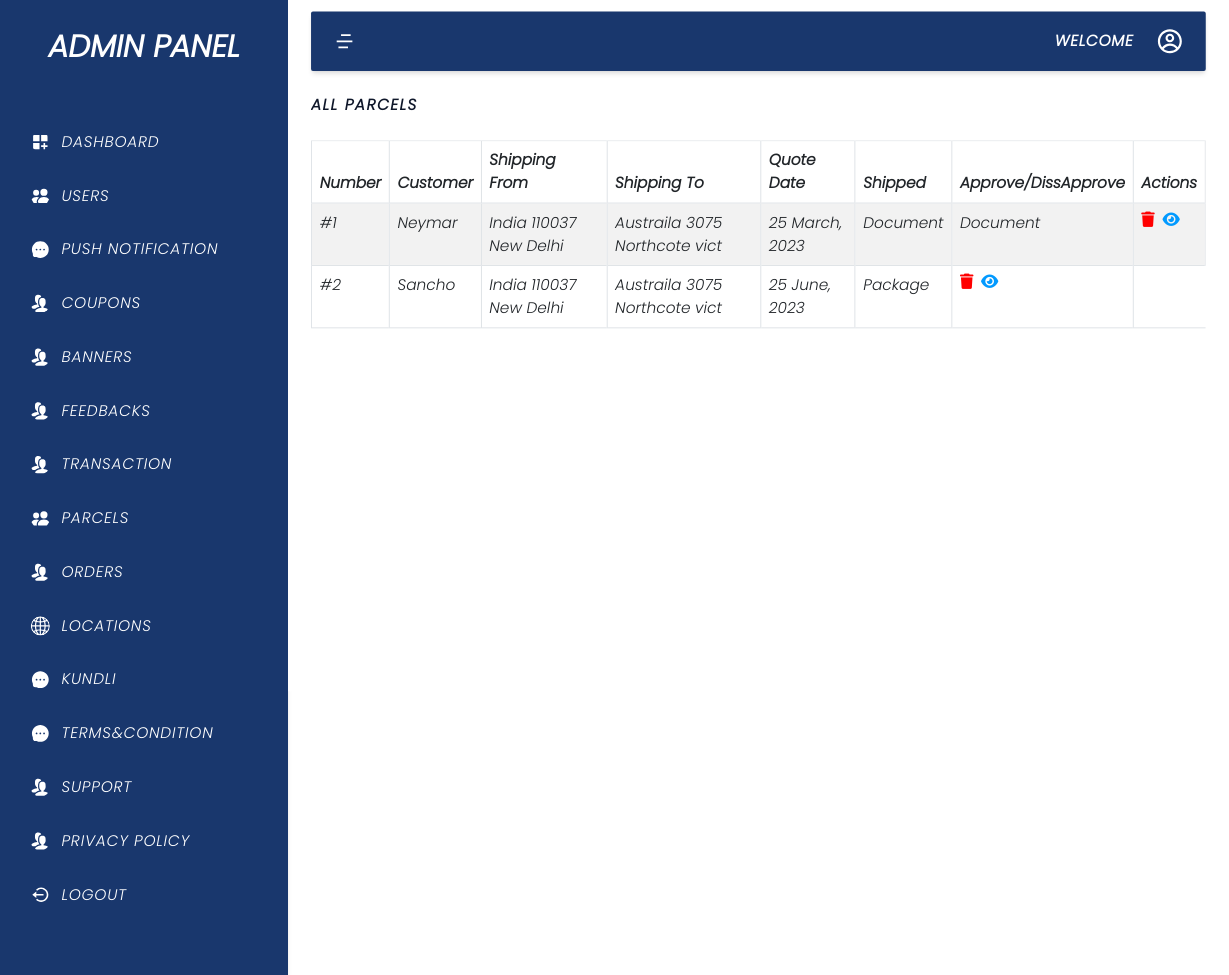
Repository: FlyweisReact/sarita
Page: /astro
These files come from the project's save history. The page is drawn as it stood at one moment and after a run of saves; the edit follows.
The browser window is 1280 px wide. The pictures show the whole page, at 96% of full size.
Some web libraries are served in a nearby version. The project was rebuilt for these pictures with package versions that can differ from the ones it lists, and the page was loaded fresh each time. Also part of the build but not shown: src/vendorPanel/forms/VendorLogin.jsx, src/vendorPanel/pages/AdminDiscount.js, src/vendorPanel/pages/AdminReview.js, src/vendorPanel/pages/Banners.js, src/vendorPanel/pages/Booking.js, src/vendorPanel/pages/Horoscope.js, src/vendorPanel/pages/Kundli.js, src/vendorPanel/pages/Message.js and 8 more.

Above is the page before, as saved 2023-04-19 13:03:26.

After the next 2 saves:
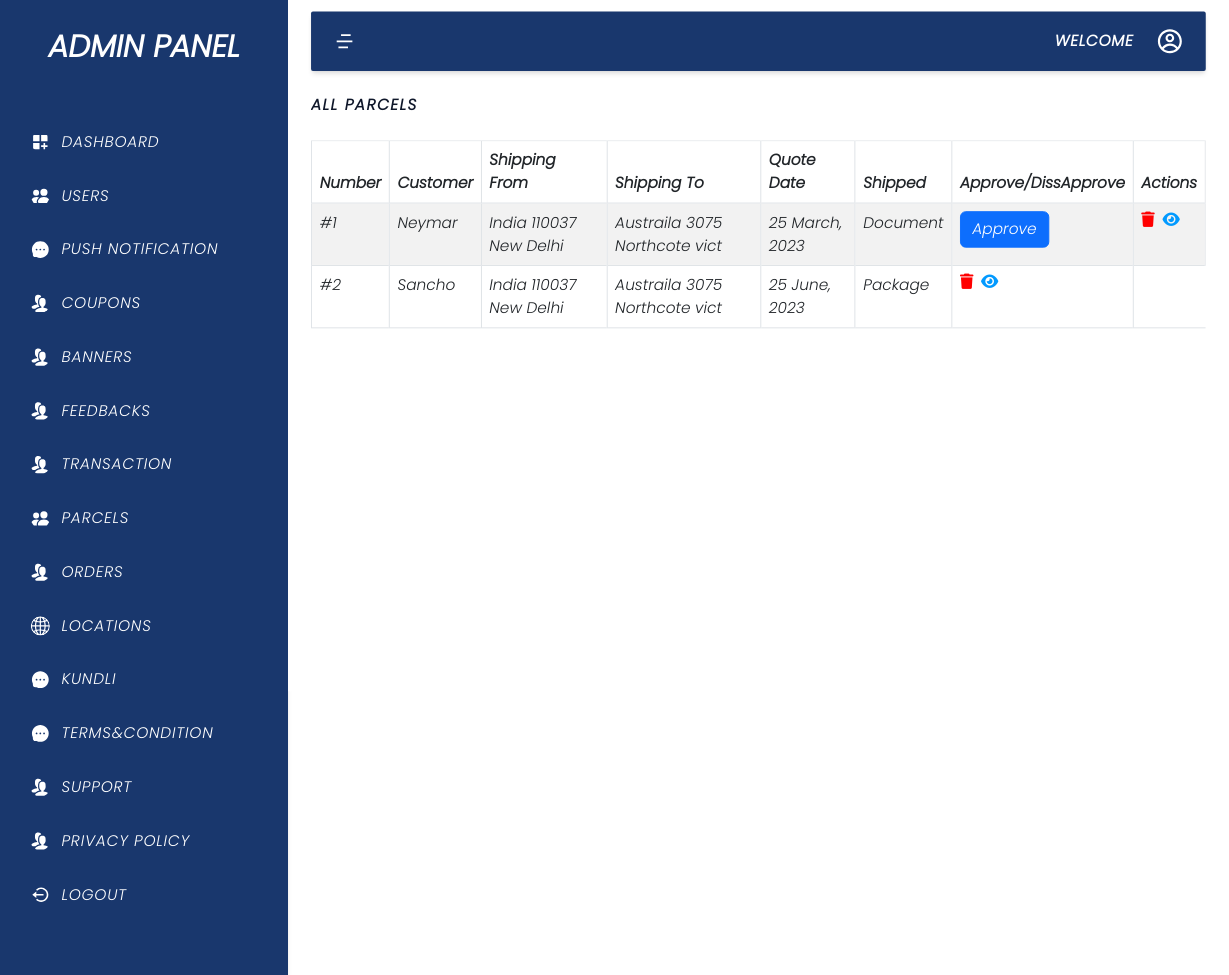
The 2 saves are shown as one change because 1 did not build or start.
The last was saved 9 s later.
--- a/src/vendorPanel/pages/Astrologers.js
+++ b/src/vendorPanel/pages/Astrologers.js
@@ -191,7 +191,9 @@ const Astrologers = () => {
               <td>Austraila 3075 Northcote vict</td>
               <td>25 March, 2023</td>
               <td>Document</td>
-              <td>Document</td>
+              <td>
+                <Button>Approve</Button>
+              </td>
                 <td>
                   <span className="d-flex gap-2">
                     <i className="fa-solid fa-trash" />
